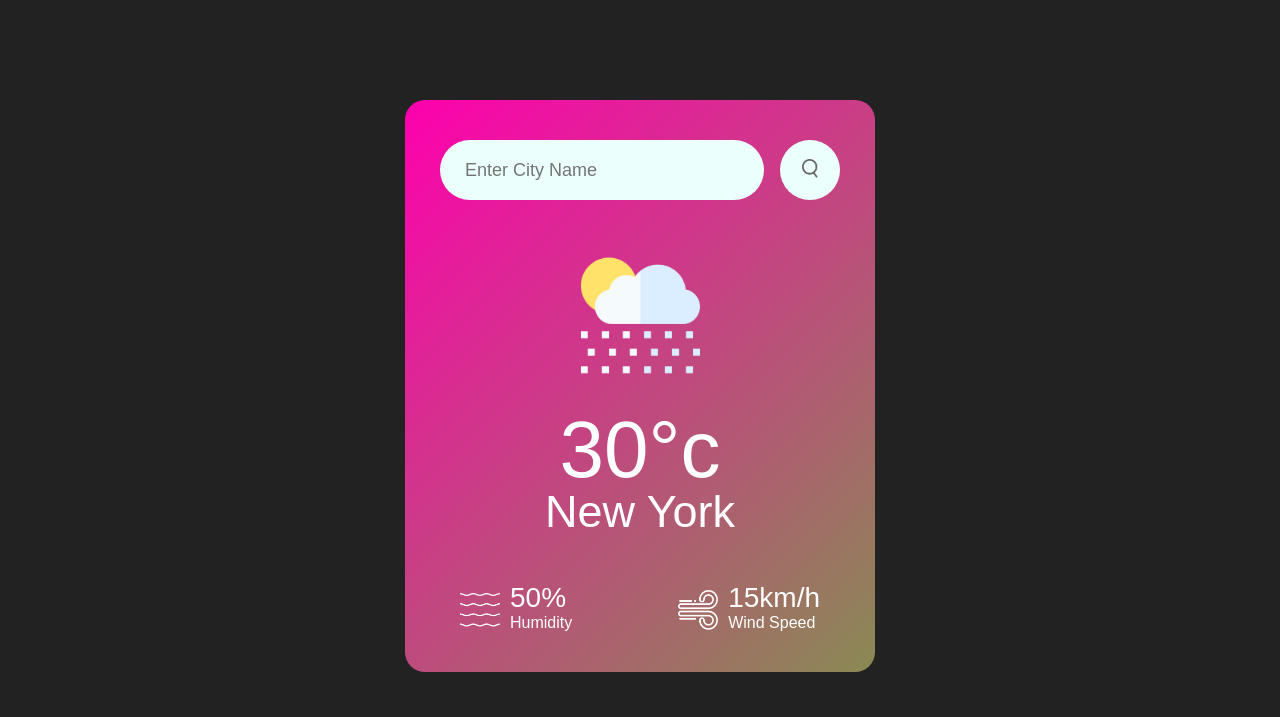
Repository: dubeprince/WeatherApp-Project
Page: WeatherApp/index.html
These files come from the project's save history. The page is drawn as it stood at one moment and after the next save; the edit follows.
The browser window is 1280 px wide. The pictures show the whole page.

Above is the page before, as saved 2023-05-26 11:33:20.

### WeatherApp/index.html
<!DOCTYPE html>
<html lang="en">
<head>
    <meta charset="UTF-8">
    <meta http-equiv="X-UA-Compatible" content="IE=edge">
    <meta name="viewport" content="width=device-width, initial-scale=1.0">
    <title>Weather App</title>
    <link rel = "stylesheet" href = "style.css">
</head>
<body>

    <div class="card">
        <div class="search">
            <input type="text" placeholder="Enter City Name" spellcheck="false">
            <button><img src="images/search.png" alt=""></button>
        </div>
        <div class="weather">
            <img src="images/rain.png" class="weather-icon">
            <h1 class="temp">30°c</h1>
            <h2 class="city">New York</h2>
            <div class="details">
                <div class="col">
                    <img src="images/humidity.png" >
                    <div>
                        <p class="humidity">50%</p>
                        <p>Humidity</p>
                    </div>
                </div>
                <div class="col">
                    <img src="images/wind.png" >
                    <div>
                        <p class="wind">15km/h</p>
                        <p>Wind Speed</p>
                    </div>
                </div>
            </div>
        </div>
    </div>

</body>
</html>

### WeatherApp/style.css
*{
    margin : 0;
    padding: 0;
    font-family: 'Poppins', sans-serif;
    box-sizing: border-box;

}
body{
    background: #222;
}
.card{
    width: 90%;
    max-width: 470px;
    background: linear-gradient(135deg, #fe00ae, #898a54);
    color: #fff; /* white */
    margin: 100px auto 0;
    border-radius: 20px;
    padding: 40px 35px;
    text-align: center;

}
.search{
    width: 100%;
    display: flex;
    align-items: center;
    justify-content: space-between;
}
.search input{
    border: 0;
    outline: 0;
    background: #ebfffc;
    color: #555;
    padding: 10px 25px;
    height: 60px;
    border-radius: 30px;
    flex: 1;
    margin-right: 16px;
    font-size: 18px;
}
.search button{
    border: 0;
    outline: 0;
    border-radius: 50%;
    background: #ebfffc;
    width: 60px;
    height: 60px;
    cursor: pointer;

}
.search button img{
    width: 16px;

}
.weather-icon{
    width: 170px;
    margin-top: 30px;
}
.weather h1{
    font-size: 80px;
    font-weight: 500;
}
.weather h2{
    font-weight: 400;
    font-size: 45px;
    margin-top: -10px;
}
.details{
    display: flex;
    align-items: center;
    justify-content: space-between;
    padding: 0 20px;
    margin-top: 50px;
}
.col{
    display: flex;
    align-items: center;
    justify-content: space-between;
    text-align: left;
}
.col img{
    width: 40px;
    margin-right: 10px;
}
.humidity,.wind{
    font-size: 28px;
    margin-top: -6px;
}

After the next save:
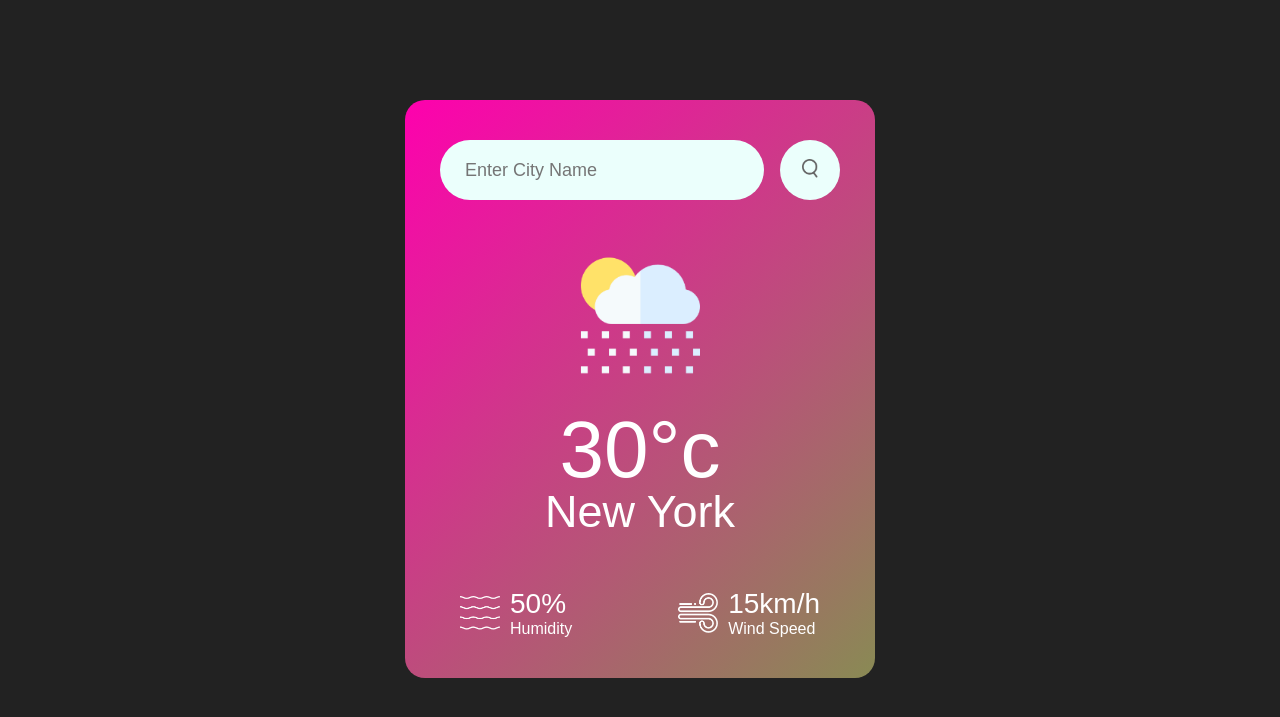
Saved 17 s later.
--- a/WeatherApp/style.css
+++ b/WeatherApp/style.css
@@ -83,5 +83,5 @@
 }
 .humidity,.wind{
     font-size: 28px;
-    margin-top: -6px;
+
 }

After the save that followed:
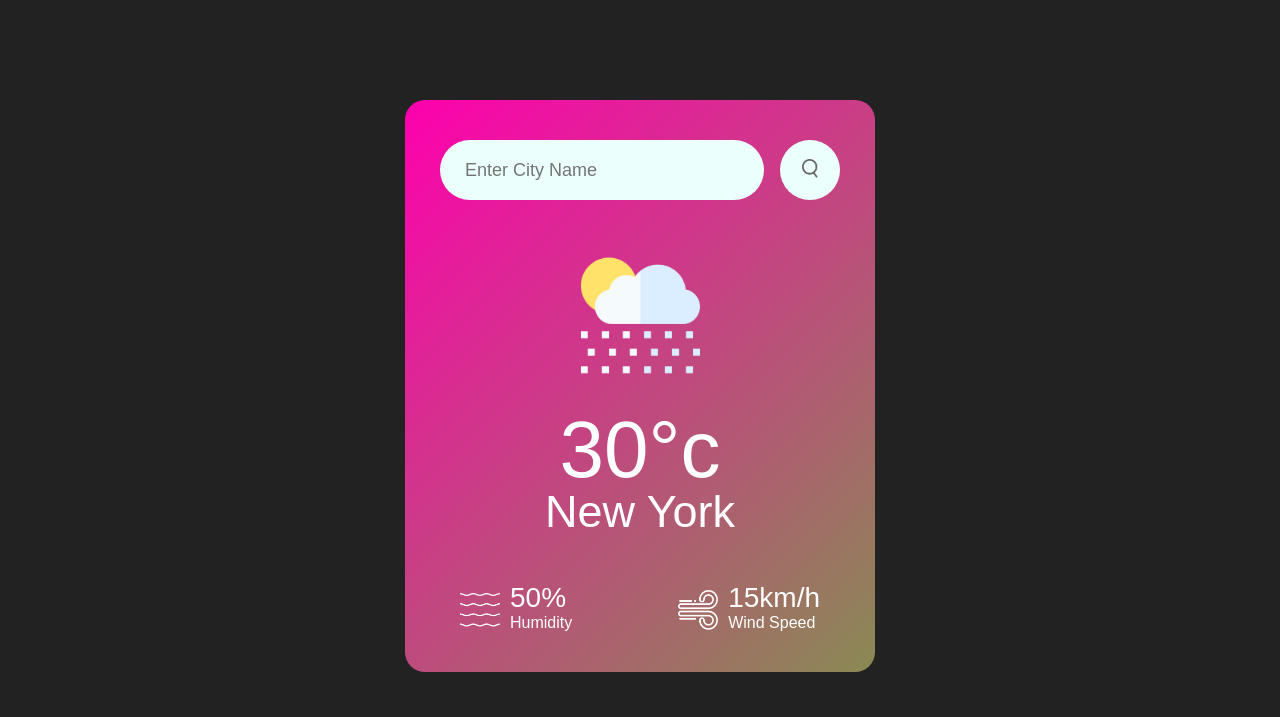
Saved 14 s later.
--- a/WeatherApp/style.css
+++ b/WeatherApp/style.css
@@ -83,5 +83,5 @@
 }
 .humidity,.wind{
     font-size: 28px;
-
+    margin-top: -6px;
 }
